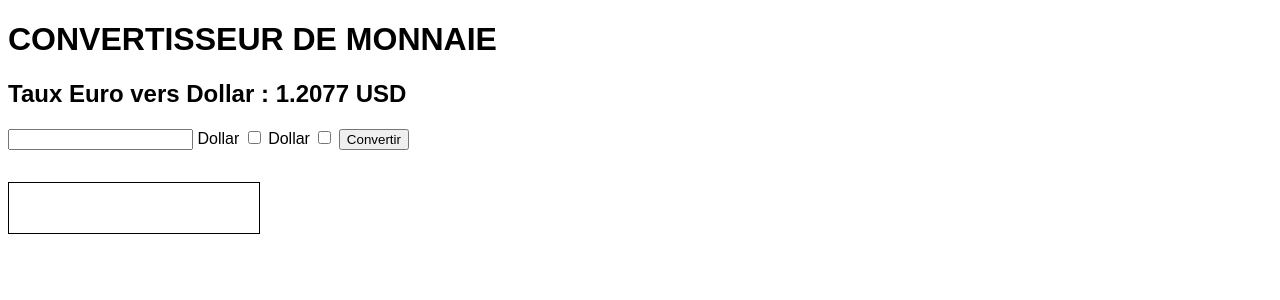
Repository: techmindconsulting/wordshiop-js
Page: index.html
The author's editor kept a copy of each file at every save. The page is drawn from the files as they stood at one save, then again after the next save.
The browser window is 1280 px wide. The pictures show the whole page.

Above is the page before, as saved 2021-01-17 13:15:46.

### index.html
<!DOCTYPE html>
<html lang="en">
<head>
    <meta charset="UTF-8">
    <meta name="viewport" content="width=device-width, initial-scale=1.0">
    <title>Convertisseur</title>
    <script src="conversion.js"></script>
    <style>
        html {
            font-family: sans-serif;
        }
        p {
            border: 1px solid black;
            width: 250px;
            height: 50px;
            font-size: 2rem;
        }
    </style>
</head>
<body>
    <h1>CONVERTISSEUR DE MONNAIE</h1>
    <h2>Taux Euro vers Dollar : 1.2077 USD</h2>
    <input type="text" id="amount" >
    <label for="amount">Dollar</label>
    <input type="checkbox" id="dollar" name="currency">
    <label for="livre_sterling">Dollar</label>
    <input type="checkbox" id="livre_sterling" name="currency">

    <input type="button" value="Convertir" onClick=convertir()>
    <p id="resultat"></p>
</body>
</html>

### conversion.js
/* Fonction qui est appelé sur l'évenement utilisateur onClick */
function convertir() {
   /* Déclaration de variable */
    const CURRENCY_DOLLAR = 1.2077;
    let resultat;
    let amount = document.getElementById('amount').value;

    /* Opération de converssion */
    resultat = amount * CURRENCY;

    /* Affichage dans le document HTML */
    document.getElementById('resultat').innerText = resultat + ' $';
}

After the next save:
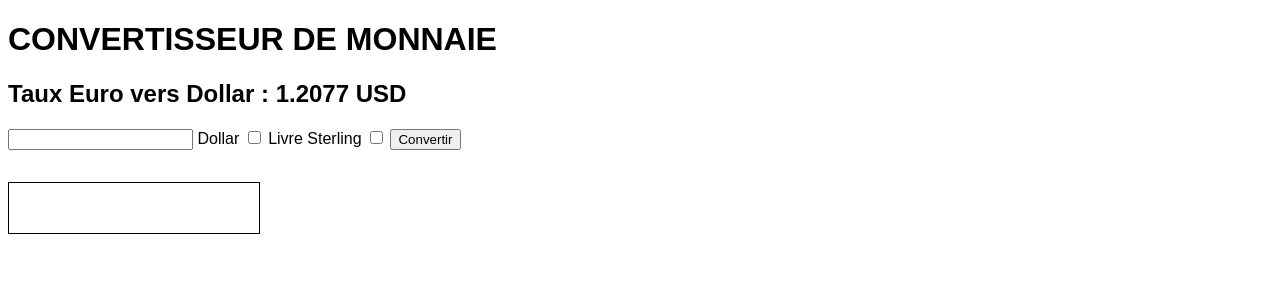
Saved 10 s later.
--- a/index.html
+++ b/index.html
@@ -23,7 +23,7 @@
     <input type="text" id="amount" >
     <label for="amount">Dollar</label>
     <input type="checkbox" id="dollar" name="currency">
-    <label for="livre_sterling">Dollar</label>
+    <label for="livre_sterling">Livre Sterling</label>
     <input type="checkbox" id="livre_sterling" name="currency">
 
     <input type="button" value="Convertir" onClick=convertir()>
